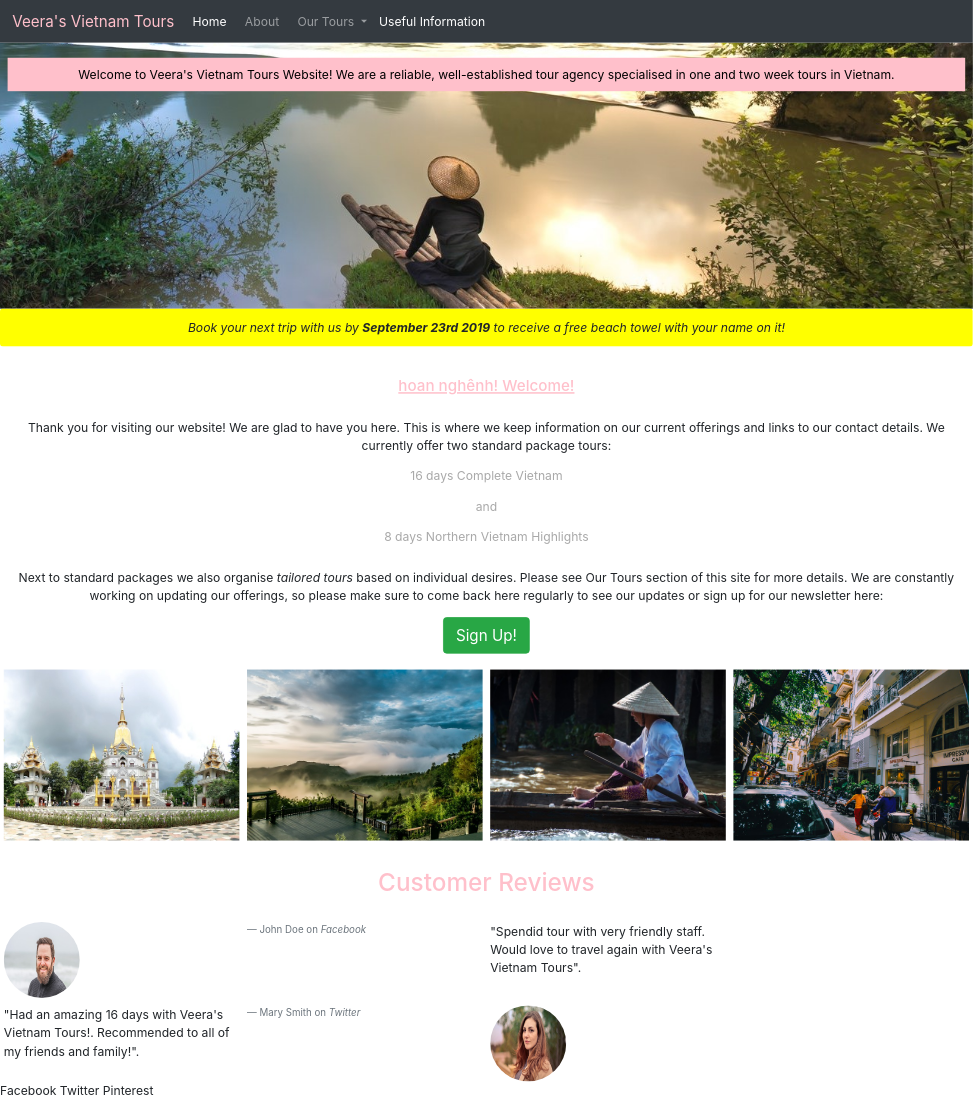
Repository: VAhola/VietnamTour
Page: index.html
The author's editor kept a record of every edit. The page is drawn from the files as they stood at one moment, then again after the next edit.
The browser window is 1280 px wide. The pictures show the whole page, at 76% of full size.

Above is the page before.

### index.html
<!DOCTYPE html>
<html lang="en">
<head>
    <meta charset="UTF-8">
    <meta name="viewport" content="width=device-width, initial-scale=1.0">
    <meta http-equiv="X-UA-Compatible" content="ie=edge">
    <link rel="stylesheet" href="https://stackpath.bootstrapcdn.com/bootstrap/4.3.1/css/bootstrap.min.css" type="text/css" />
    <link rel="stylesheet" href="https://stackpath.bootstrapcdn.com/font-awesome/4.7.0/css/font-awesome.min.css" type="text/css" />
    <link rel="stylesheet" href="style.css" type="text/css" />
    <title>Vietnam Project</title>
</head>
<body>

<!--Nav-->

<nav class="navbar navbar-dark navbar-expand-sm bg-dark">
    <a href="index.html" class="navbar-brand title">Veera's Vietnam Tours</a>
    <button class="navbar-toggler ml-auto" type="button" data-toggle="collapse" data-target="#navbarNavDropdown" aria-controls="navbarNavDropdown" aria-expanded="false" aria-label="Toggle navigation">
        <span class="navbar-toggler-icon"></span>
    </button>
    <div class="collapse navbar-collapse" id="navbarNavDropdown">
        <ul class="navbar-nav mr-auto">
            <li class="active nav-item mr-2"><a class="nav-link" href="index.html">Home</a></li>
            <li class="nav-item mr-2"><a class="nav-link" href="about.html">About</a></li>
            <li class="nav-item dropdown">
                <a class="nav-link dropdown-toggle" href="#" id="navbarDropdownMenuLink" role="button" data-toggle="dropdown" aria-haspopup="true" aria-expanded="false">
                  Our Tours
                </a>
                    <div class="dropdown-menu" aria-labelledby="navbarDropdownMenuLink">
                        <a class="dropdown-item" href="16d.html">16 Day Complete Vietnam</a>
                        <a class="dropdown-item" href="8d.html">8 Days Vietnam at glance</a>
                        <a class="dropdown-item" href="#">Customised Tours</a>
                    </div>
            </li>
            <li class="active nav-item mr-2"><a class="nav-link" href="Info.html">Useful Information</a></li>
        </ul>
    </div>
</nav>

<!-- /.nav -->

<!--Banner-->

<div class="section1">
    <p class="intro">
     Welcome to Veera's Vietnam Tours Website!

     We are a reliable, well-established tour agency specialised in one and two week tours in Vietnam.
    </p>
 </div>

<!-- /.banner -->

    <div class="alert towel"><em>Book your next trip with us by <strong>September 23rd 2019</strong>  to receive a free beach towel with your name on it!</em></div>


<div>
      <h5>hoan nghênh! Welcome!</h5>
<div class="desth">


     <p>Thank you for visiting our website! We are glad to have you here. This is where we keep information on our current offerings and links to our contact details.
    We currently offer two standard package tours:</p>
    <div class="tours">
        <p>16 days Complete Vietnam </p>
        <p>and</p>
        <p>8 days Northern Vietnam Highlights</p>
    </div>

     <p>Next to standard packages we also organise <em>tailored tours</em> based on individual desires. Please see Our Tours section of this site for more details. We are constantly working on updating our offerings, so please make sure to come back here regularly to see our updates or sign up for our newsletter here:
<br>

    <p><button class="btn btn-lg btn-success" data-toggle="modal" data-target="#signUpModal">Sign Up!</button></p>
     </div>

</div>
</div>
</div>

<div class="gallery">
<figure class="gallery_item gallery__item1">
    <img src="Assets/pictures/pagoda-704657_640.jpg" class="gallery__img" alt="Image 1">
</figure>
<figure class="gallery__item gallery__item--2">
    <img src="Assets/pictures/pagoda-2096468_640.jpg" class="gallery__img" alt="Image 2">
</figure>
<figure class="gallery__item gallery__item--3">
    <img src="Assets/pictures/vietnam-630445_640.jpg" class="gallery__img" alt="Image 3">
    </figure>
<figure class="gallery__item gallery__item--4">
    <img src="Assets/pictures/architecture-buildings-car-1004122.jpg" class="gallery__img" alt="Image 4">
    </figure>

 </div>

       <h2>Customer Reviews</h2>

<div class="review gallery">
      <div class="d-none d-sm-block">
          <img src="Assets/pictures/adult-beach-casual-736716.jpg" class="rounded-circle mr-3" height=100 width=100>
      </div>
      <footer class="blockquote-footer">John Doe on <cite title="Facebook">Facebook</cite></footer>
      <p>"Spendid tour with very friendly staff. Would love to travel again with Veera's Vietnam Tours".</p>
<br>
<br>
      <p>"Had an amazing 16 days with Veera's Vietnam Tours!. Recommended to all of my friends and family!".</p>
      <footer class="blockquote-footer">Mary Smith on <cite title="Twitter">Twitter</cite></footer>
      <div class="d-none d-sm-block">
          <img src="Assets/pictures/beautiful-blur-blurred-background-733872.jpg" class="rounded-circle mr-3" height=100 width=100>
      </div>
 </div>


 <footer>
        Facebook
        Twitter
        Pinterest
 </footer>

    <script src="https://code.jquery.com/jquery-3.3.1.slim.min.js" integrity="sha384-q8i/X+965DzO0rT7abK41JStQIAqVgRVzpbzo5smXKp4YfRvH+8abtTE1Pi6jizo" crossorigin="anonymous"></script>
    <script src="https://cdnjs.cloudflare.com/ajax/libs/popper.js/1.14.3/umd/popper.min.js" integrity="sha384-ZMP7rVo3mIykV+2+9J3UJ46jBk0WLaUAdn689aCwoqbBJiSnjAK/l8WvCWPIPm49" crossorigin="anonymous"></script>
    <script src="https://stackpath.bootstrapcdn.com/bootstrap/4.1.3/js/bootstrap.min.js" integrity="sha384-ChfqqxuZUCnJSK3+MXmPNIyE6ZbWh2IMqE241rYiqJxyMiZ6OW/JmZQ5stwEULTy" crossorigin="anonymous"></script>

</body>
</html>

### style.css
html {
    border: none;
}

/*------------- Styling the header -----------*/

.header {
    background-color: #4F4F4F;
    background-position: center;
    text-align: center;
    background-size: cover;
    color: #fafafa;
    margin:0;
    padding-bottom: 10px;
    padding-top: 10px;

}


.button {
    color: white;
}


.navbar-dark .navbar-brand {
    color: pink;

}

.dropdown-menu {
    background-color: #4F4F4F;
}

.dropdown-item {
    color: #b9bec3;
}


a {
    color:#fafafa;
}

.section1 {
    background-size: unset;
    text-align: center;
    background-image: url(Assets/pictures/bamboo-boat-clouds-cloudscape-2132098.jpg);
    background-repeat: no-repeat;
    min-height: 350px;
    color: black;
    padding: 20px 10px;
    background-position-y: bottom;
    background-position-x: center;
    background-color: darkgray;
}

.intro {
    background-color: pink;
    padding-top:10px;
    padding-bottom:10px;
}
h1, h2, h3{
    color: PINK;
    text-align: center;
    padding-bottom:20px;
    padding-top: 20px;
}

h5 {
    color: pink;
    text-align: center;
    margin-top: 40px;
    margin-bottom: 30px;
    text-decoration: underline
}

.logo {
    background: url("Assets/pictures/adults-buildings-cars-1701001.jpg");
    background-position: center;
    background-repeat: no-repeat;
    background-size: cover;
    min-height: 260px;
    max-height: 440px;
    max-width: 95%
    transition: all .5s ease-in-out;
    -moz-transition: all .5s ease-in-out;
    -webkit-transition: all .5s ease-in-out;
}

li {
    list-style: none;
    text-align: center
}

.tours {
    color:darkgray;
    text-align:center;
    margin-bottom:30px;
}

.about_us {
    text-align: justify;
    margin-left: 5px;
    margin-right: 10px;
}

.contacts {
    margin-left: 20px;
    margin-right: 10px;
}

.man {
    background-image: url(Assets/pictures/hanoi-man-market-1004123.jpg);

}

.towel {
 text-align:center;
 padding-left:15px;
 padding-right:15px;
 background-color: yellow;
}

.internary16 {
    text-align: left;
    margin: 10px 20px;
    align-content: center;
    text-align: justify;
}

.right {
    height:200px;
    word-break: break-word;
    float:right;
    margin: 5px;
}

.left {
    height:200px;
    word-break: break-word;
    float:left;
    margin: 5px;
}

.woman {
    float: right;
}


article {
    margin: 5px;
}

img.iten_right {
    border: 1px solid #ddd;
    border-radius: 4px;
    padding: 5px;
    width: 300px;
    margin-left: 10px;
}

img.iten_left {
    border: 1px solid #ddd;
    border-radius: 4px;
    padding: 5px;
    width: 300px;
    margin-right: 10px;
}

img.map_right {
    border: 1px solid #ddd;
    border-radius: 4px;
    width: 130px;
    margin-left: 10px;
}




banner2 {
    display: inline-block;
}

.bggray {
    background-color: #f4f3f3;
    padding-bottom: 10px;
}

.section2 {
    background-size: unset;
    text-align: center;
    background-image: url(Assets/pictures/chaly-pavement-road-2044867.jpg);
    background-repeat: no-repeat;
    min-height: 350px;
    color: black;
    padding: 20px 10px;
    background-position-y: bottom;
    background-position-x: center;
    background-color: darkgray;
}

.dest {
    margin-left: 10px;
    margin-right: 10px;
}

.desth {
    margin-left: 10px;
    margin-right: 10px;
    text-align:center;
}

.ready {
    background-clip: white;
    margin-left: 10px;
    margin-right: 10px;
}

.grid-container-new {
  display: grid;
  justify-content: space-evenly;
  grid-template-columns: 25% 25% 25%; /*Make the grid smaller than the container*/
  grid-gap: 5px;
  padding: 10px;
}

.grid-container {
  display: grid;
  justify-content: space-evenly;
  grid-template-columns: 80% 20%; /*Make the grid smaller than the container*/
  grid-gap: 5px;
  padding: 10px;
}

.grid-item {
  background-color: rgba(255, 255, 255, 0.8);
  border: 1px solid rgba(0, 0, 0, 0.8);
  padding: 20px;
  font-size: 30px;
  text-align: center;
}

.gallery {
    display: grid;
    grid-template-columns: repeat(4, 1fr);
    grid-gap: 10px;
    margin-left: 5px;
    margin-right: 5px;
    padding-top:5px;
}

.gallery__img {
    width: 100%;
    height: 100%;
    object-fit: cover;
}

.people {
    display: grid;
    grid-template-columns: repeat(2, 1fr);
    grid-gap: 10px;
    margin-left: 5px;
    margin-right: 5px;
    padding-top:5px;
}

.people__img {
    width: 100%;
    height: 100%;
    object-fit: cover;
}

.header5 {
    color: pink;
    text-decoration: underline;
}

.review1{
    display: inline-block;
}

/* media queries */

@media (max-width:767px) {
    body {
    font-size:small;
    }
    .review{
    text-align:center;
    padding:20px 10px;
    margin-bottom:40px;
    display:inline;
    font-size:small;
    }

@media (min-width: 768px) and (max-width: 991px) {
    .review {
    text-align:center;
    padding:20px 10px;
    margin-bottom:40px;
    display:flex;
    font-size:small;
    }
}

@media (min-width: 992px) and (max-width: 1800px) {
    .review{
    text-align:center;
    padding:20px 10px;
    margin-bottom:40px;
    margin-left: 20px;
    margin-right: 20px;
    display:inline-flex;
    }
}

After the next edit:
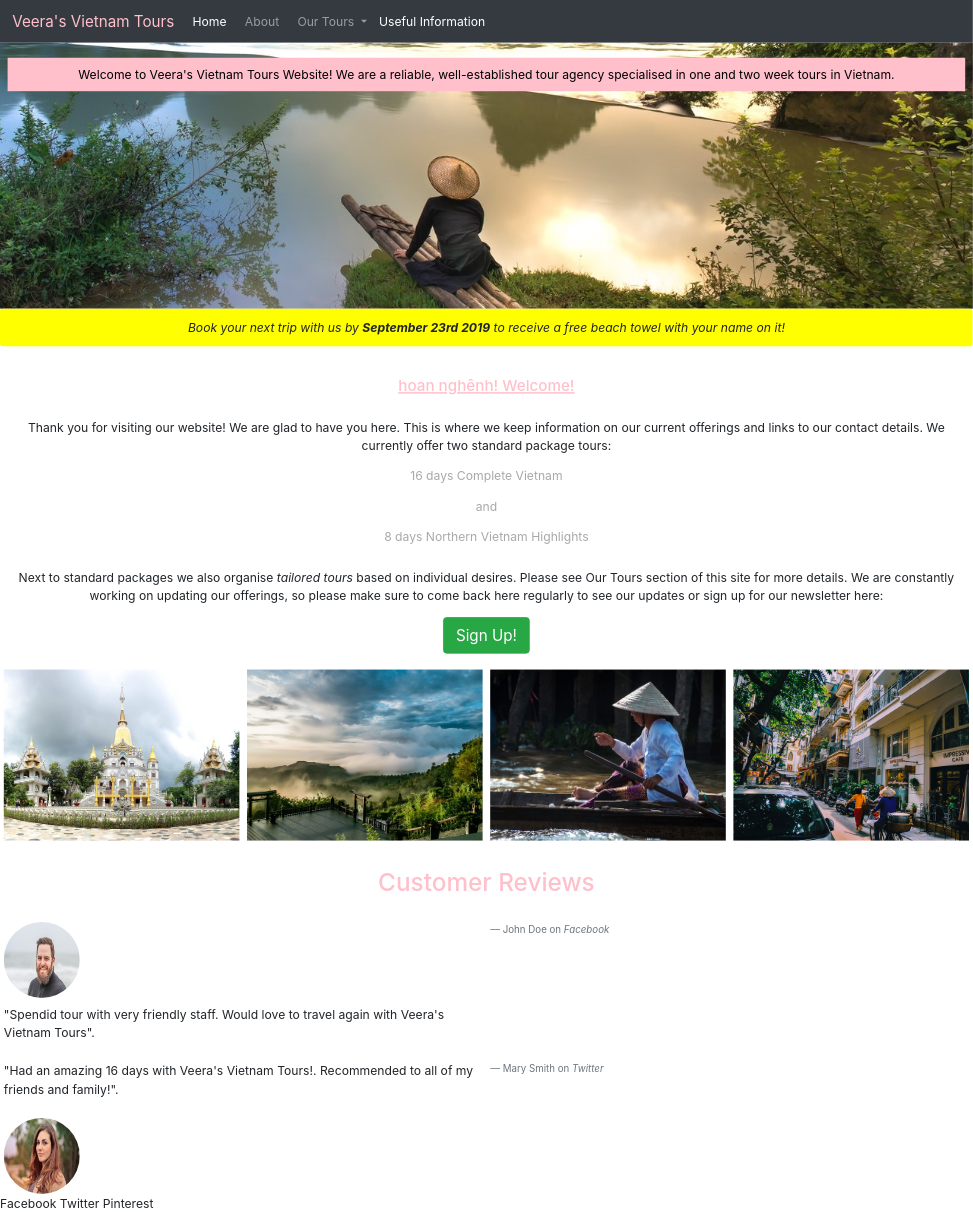
The edit:
--- a/index.html
+++ b/index.html
@@ -95,8 +95,8 @@
 
        <h2>Customer Reviews</h2>
 
-<div class="review gallery">
-      <div class="d-none d-sm-block">
+<div class="review people">
+      <div class="d-none d-sm-block right1">
           <img src="Assets/pictures/adult-beach-casual-736716.jpg" class="rounded-circle mr-3" height=100 width=100>
       </div>
       <footer class="blockquote-footer">John Doe on <cite title="Facebook">Facebook</cite></footer>
